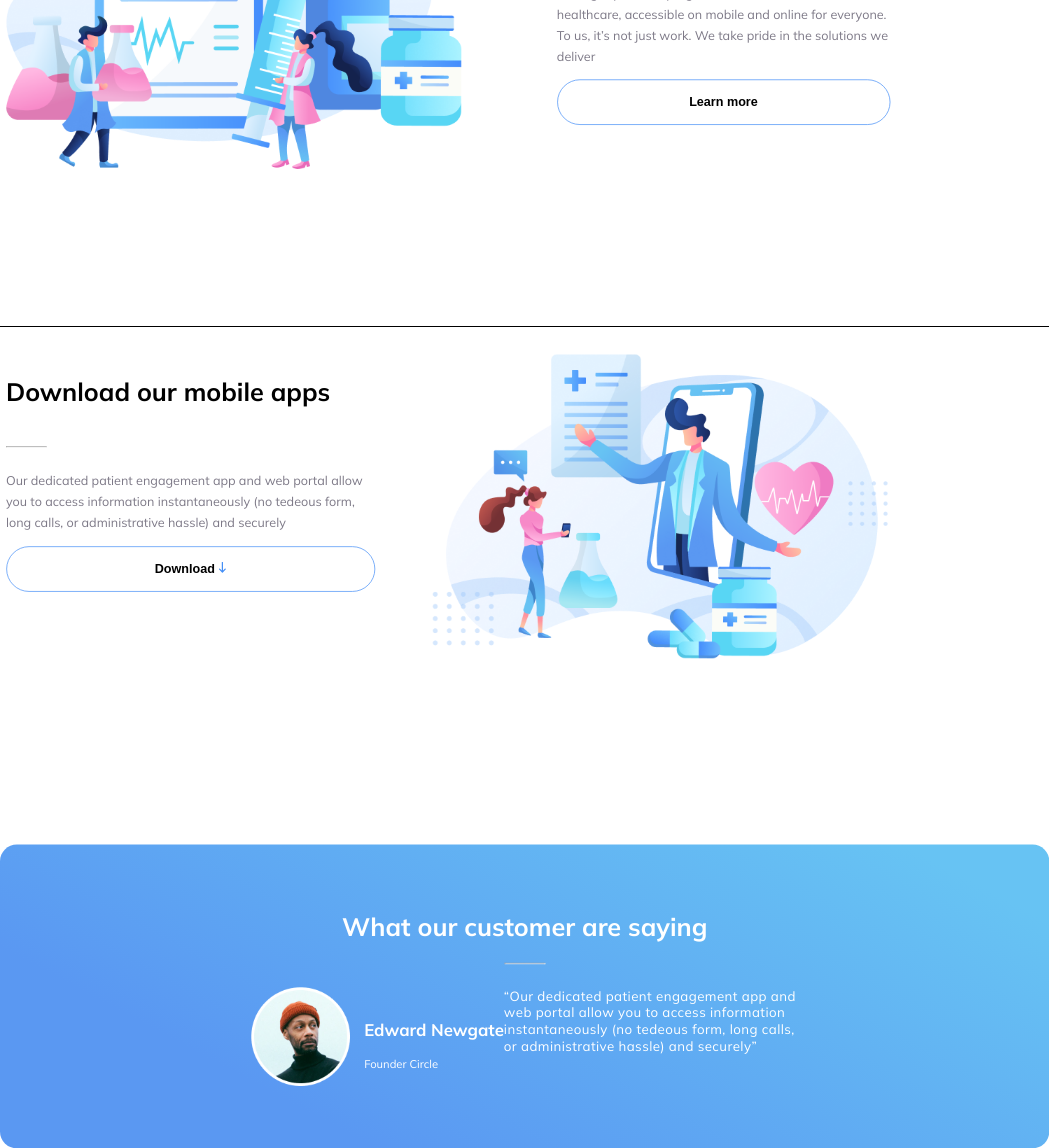
Repository: ivan-developer-01/trafalgar-layout
Page: index.html
An editor plug-in stored every save of this project. The page is shown before and after the next save, followed by the edit.
The browser window is 1280 px wide. The page is 1499 px wide, so the pictures cover 1499 px, including what lies to the right of the window. The pictures show the part of the page from y = 2439 to 4079 px (the page is 4079 px tall), at 70% of full size.

Above is the page before, as saved 2024-11-08 15:36:58.

After the next save:
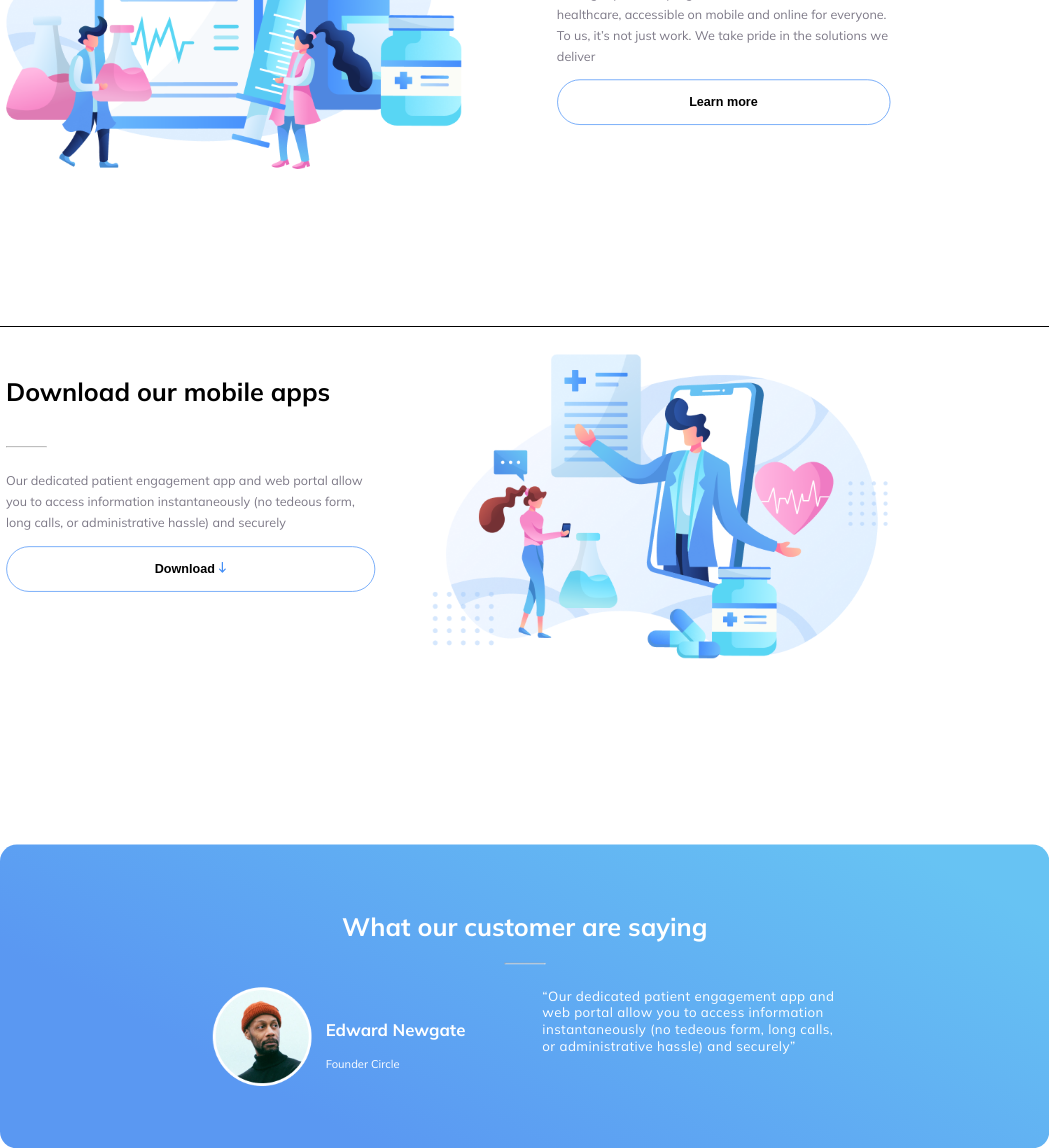
Saved 27 s later.
--- a/style.css
+++ b/style.css
@@ -252,6 +252,7 @@ p {
 .review-slider .review {
 	display: flex;
 	justify-content: center;
+	gap: 110px;
 }
 
 .review-slider .review .review-user {
